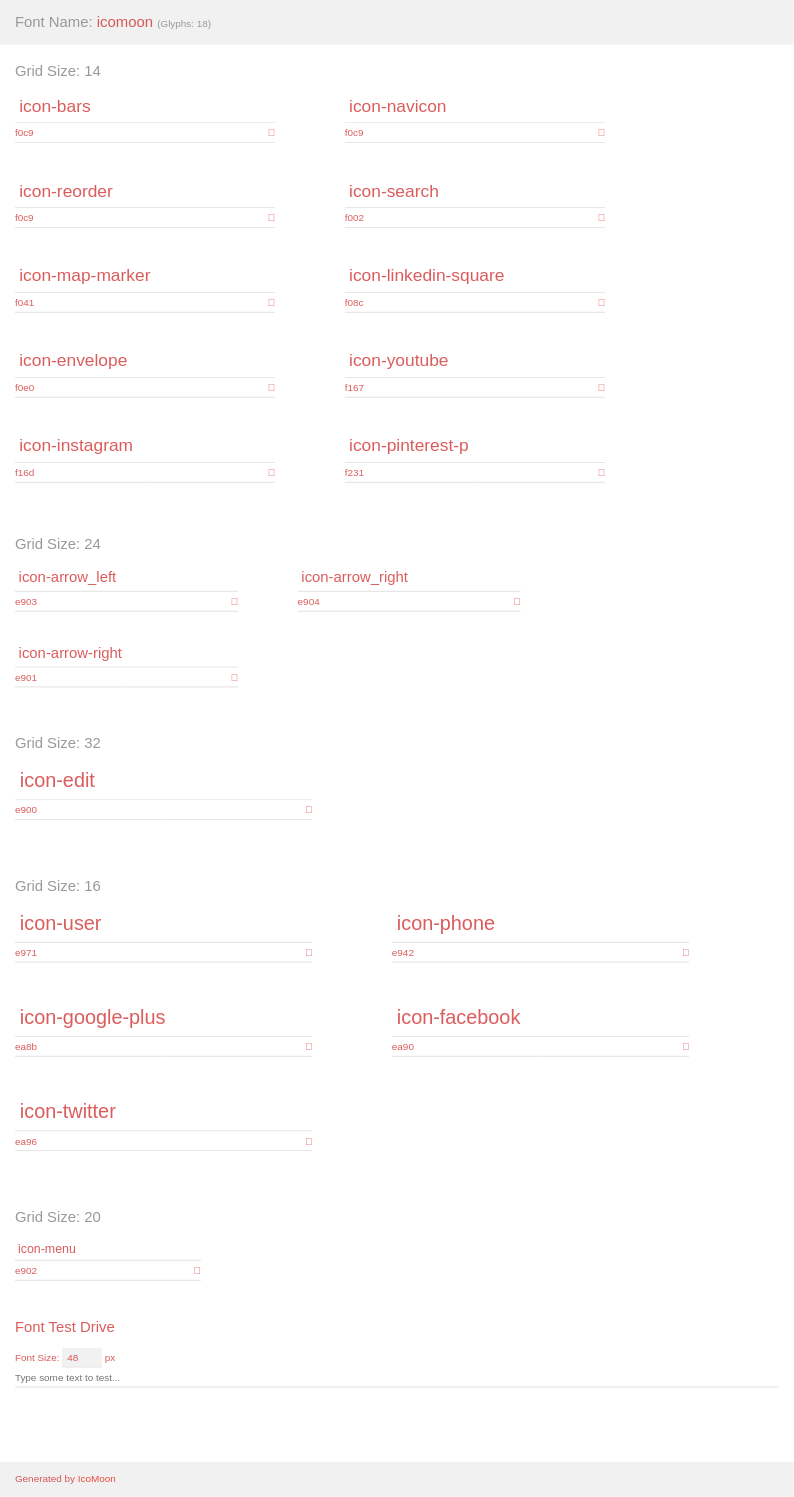
Repository: Hermesmercury88/Plotfolio
Page: fonts/icomoon/demo.html
An editor plug-in stored every save of this project. The page is shown before and after the next save, followed by the edit.
The browser window is 1280 px wide. The pictures show the whole page, at 62% of full size.
Some icons come from a web library that is not loaded, so they are not drawn.

Above is the page before, as saved 2025-01-19 20:40:42.

### fonts/icomoon/demo.html
<!doctype html>
<html>
<head>
    <meta charset="utf-8">
    <title>IcoMoon Demo</title>
    <meta name="description" content="An Icon Font Generated By IcoMoon.io">
    <meta name="viewport" content="width=device-width, initial-scale=1">
    <link rel="stylesheet" href="demo-files/demo.css">
    <link rel="stylesheet" href="style.css"></head>
<body>
    <div class="bgc1 clearfix">
        <h1 class="mhmm mvm"><span class="fgc1">Font Name:</span> icomoon <small class="fgc1">(Glyphs:&nbsp;18)</small></h1>
    </div>
    <div class="clearfix mhl ptl">
        <h1 class="mvm mtn fgc1">Grid Size: 14</h1>
        <div class="glyph fs1">
            <div class="clearfix bshadow0 pbs">
                <span class="icon-bars"></span>
                <span class="mls"> icon-bars</span>
            </div>
            <fieldset class="fs0 size1of1 clearfix hidden-false">
                <input type="text" readonly value="f0c9" class="unit size1of2" />
                <input type="text" maxlength="1" readonly value="&#xf0c9;" class="unitRight size1of2 talign-right" />
            </fieldset>
            <div class="fs0 bshadow0 clearfix hidden-true">
                <span class="unit pvs fgc1">liga: </span>
                <input type="text" readonly value="" class="liga unitRight" />
            </div>
        </div>
        <div class="glyph fs1">
            <div class="clearfix bshadow0 pbs">
                <span class="icon-navicon"></span>
                <span class="mls"> icon-navicon</span>
            </div>
            <fieldset class="fs0 size1of1 clearfix hidden-false">
                <input type="text" readonly value="f0c9" class="unit size1of2" />
                <input type="text" maxlength="1" readonly value="&#xf0c9;" class="unitRight size1of2 talign-right" />
            </fieldset>
            <div class="fs0 bshadow0 clearfix hidden-true">
                <span class="unit pvs fgc1">liga: </span>
                <input type="text" readonly value="" class="liga unitRight" />
            </div>
        </div>
        <div class="glyph fs1">
            <div class="clearfix bshadow0 pbs">
                <span class="icon-reorder"></span>
                <span class="mls"> icon-reorder</span>
            </div>
            <fieldset class="fs0 size1of1 clearfix hidden-false">
                <input type="text" readonly value="f0c9" class="unit size1of2" />
                <input type="text" maxlength="1" readonly value="&#xf0c9;" class="unitRight size1of2 talign-right" />
            </fieldset>
            <div class="fs0 bshadow0 clearfix hidden-true">
                <span class="unit pvs fgc1">liga: </span>
                <input type="text" readonly value="" class="liga unitRight" />
            </div>
        </div>
        <div class="glyph fs1">
            <div class="clearfix bshadow0 pbs">
                <span class="icon-search"></span>
                <span class="mls"> icon-search</span>
            </div>
            <fieldset class="fs0 size1of1 clearfix hidden-false">
                <input type="text" readonly value="f002" class="unit size1of2" />
                <input type="text" maxlength="1" readonly value="&#xf002;" class="unitRight size1of2 talign-right" />
            </fieldset>
            <div class="fs0 bshadow0 clearfix hidden-true">
                <span class="unit pvs fgc1">liga: </span>
                <input type="text" readonly value="" class="liga unitRight" />
            </div>
        </div>
        <div class="glyph fs1">
            <div class="clearfix bshadow0 pbs">
                <span class="icon-map-marker"></span>
                <span class="mls"> icon-map-marker</span>
            </div>
            <fieldset class="fs0 size1of1 clearfix hidden-false">
                <input type="text" readonly value="f041" class="unit size1of2" />
                <input type="text" maxlength="1" readonly value="&#xf041;" class="unitRight size1of2 talign-right" />
            </fieldset>
            <div class="fs0 bshadow0 clearfix hidden-true">
                <span class="unit pvs fgc1">liga: </span>
                <input type="text" readonly value="" class="liga unitRight" />
            </div>
        </div>
        <div class="glyph fs1">
            <div class="clearfix bshadow0 pbs">
                <span class="icon-linkedin-square"></span>
                <span class="mls"> icon-linkedin-square</span>
            </div>
            <fieldset class="fs0 size1of1 clearfix hidden-false">
                <input type="text" readonly value="f08c" class="unit size1of2" />
                <input type="text" maxlength="1" readonly value="&#xf08c;" class="unitRight size1of2 talign-right" />
            </fieldset>
            <div class="fs0 bshadow0 clearfix hidden-true">
                <span class="unit pvs fgc1">liga: </span>
                <input type="text" readonly value="" class="liga unitRight" />
            </div>
        </div>
        <div class="glyph fs1">
            <div class="clearfix bshadow0 pbs">
                <span class="icon-envelope"></span>
                <span class="mls"> icon-envelope</span>
            </div>
            <fieldset class="fs0 size1of1 clearfix hidden-false">
                <input type="text" readonly value="f0e0" class="unit size1of2" />
                <input type="text" maxlength="1" readonly value="&#xf0e0;" class="unitRight size1of2 talign-right" />
            </fieldset>
            <div class="fs0 bshadow0 clearfix hidden-true">
                <span class="unit pvs fgc1">liga: </span>
                <input type="text" readonly value="" class="liga unitRight" />
            </div>
        </div>
        <div class="glyph fs1">
            <div class="clearfix bshadow0 pbs">
                <span class="icon-youtube"></span>
                <span class="mls"> icon-youtube</span>
            </div>
            <fieldset class="fs0 size1of1 clearfix hidden-false">
                <input type="text" readonly value="f167" class="unit size1of2" />
                <input type="text" maxlength="1" readonly value="&#xf167;" class="unitRight size1of2 talign-right" />
            </fieldset>
            <div class="fs0 bshadow0 clearfix hidden-true">
                <span class="unit pvs fgc1">liga: </span>
                <input type="text" readonly value="" class="liga unitRight" />
            </div>
        </div>
        <div class="glyph fs1">
            <div class="clearfix bshadow0 pbs">
                <span class="icon-instagram"></span>
                <span class="mls"> icon-instagram</span>
            </div>
            <fieldset class="fs0 size1of1 clearfix hidden-false">
                <input type="text" readonly value="f16d" class="unit size1of2" />
                <input type="text" maxlength="1" readonly value="&#xf16d;" class="unitRight size1of2 talign-right" />
            </fieldset>
            <div class="fs0 bshadow0 clearfix hidden-true">
                <span class="unit pvs fgc1">liga: </span>
                <input type="text" readonly value="" class="liga unitRight" />
            </div>
        </div>
        <div class="glyph fs1">
            <div class="clearfix bshadow0 pbs">
                <span class="icon-pinterest-p"></span>
                <span class="mls"> icon-pinterest-p</span>
            </div>
            <fieldset class="fs0 size1of1 clearfix hidden-false">
                <input type="text" readonly value="f231" class="unit size1of2" />
                <input type="text" maxlength="1" readonly value="&#xf231;" class="unitRight size1of2 talign-right" />
            </fieldset>
            <div class="fs0 bshadow0 clearfix hidden-true">
                <span class="unit pvs fgc1">liga: </span>
                <input type="text" readonly value="" class="liga unitRight" />
            </div>
        </div>
    </div>
    <div class="clearfix mhl ptl">
        <h1 class="mvm mtn fgc1">Grid Size: 24</h1>
        <div class="glyph fs2">
            <div class="clearfix bshadow0 pbs">
                <span class="icon-arrow_left"></span>
                <span class="mls"> icon-arrow_left</span>
            </div>
            <fieldset class="fs0 size1of1 clearfix hidden-false">
                <input type="text" readonly value="e903" class="unit size1of2" />
                <input type="text" maxlength="1" readonly value="&#xe903;" class="unitRight size1of2 talign-right" />
            </fieldset>
            <div class="fs0 bshadow0 clearfix hidden-true">
                <span class="unit pvs fgc1">liga: </span>
                <input type="text" readonly value="arrow_left" class="liga unitRight" />
            </div>
        </div>
        <div class="glyph fs2">
            <div class="clearfix bshadow0 pbs">
                <span class="icon-arrow_right"></span>
                <span class="mls"> icon-arrow_right</span>
            </div>
            <fieldset class="fs0 size1of1 clearfix hidden-false">
                <input type="text" readonly value="e904" class="unit size1of2" />
                <input type="text" maxlength="1" readonly value="&#xe904;" class="unitRight size1of2 talign-right" />
            </fieldset>
            <div class="fs0 bshadow0 clearfix hidden-true">
                <span class="unit pvs fgc1">liga: </span>
                <input type="text" readonly value="arrow_right" class="liga unitRight" />
            </div>
        </div>
        <div class="glyph fs2">
            <div class="clearfix bshadow0 pbs">
                <span class="icon-arrow-right"></span>
                <span class="mls"> icon-arrow-right</span>
            </div>
            <fieldset class="fs0 size1of1 clearfix hidden-false">
                <input type="text" readonly value="e901" class="unit size1of2" />
                <input type="text" maxlength="1" readonly value="&#xe901;" class="unitRight size1of2 talign-right" />
            </fieldset>
            <div class="fs0 bshadow0 clearfix hidden-true">
                <span class="unit pvs fgc1">liga: </span>
                <input type="text" readonly value="" class="liga unitRight" />
            </div>
        </div>
    </div>
    <div class="clearfix mhl ptl">
        <h1 class="mvm mtn fgc1">Grid Size: 32</h1>
        <div class="glyph fs3">
            <div class="clearfix bshadow0 pbs">
                <span class="icon-edit"></span>
                <span class="mls"> icon-edit</span>
            </div>
            <fieldset class="fs0 size1of1 clearfix hidden-false">
                <input type="text" readonly value="e900" class="unit size1of2" />
                <input type="text" maxlength="1" readonly value="&#xe900;" class="unitRight size1of2 talign-right" />
            </fieldset>
            <div class="fs0 bshadow0 clearfix hidden-true">
                <span class="unit pvs fgc1">liga: </span>
                <input type="text" readonly value="" class="liga unitRight" />
            </div>
        </div>
    </div>
    <div class="clearfix mhl ptl">
        <h1 class="mvm mtn fgc1">Grid Size: 16</h1>
        <div class="glyph fs4">
            <div class="clearfix bshadow0 pbs">
                <span class="icon-user"></span>
                <span class="mls"> icon-user</span>
            </div>
            <fieldset class="fs0 size1of1 clearfix hidden-false">
                <input type="text" readonly value="e971" class="unit size1of2" />
                <input type="text" maxlength="1" readonly value="&#xe971;" class="unitRight size1of2 talign-right" />
            </fieldset>
            <div class="fs0 bshadow0 clearfix hidden-true">
                <span class="unit pvs fgc1">liga: </span>
                <input type="text" readonly value="user, profile2" class="liga unitRight" />
            </div>
        </div>
        <div class="glyph fs4">
            <div class="clearfix bshadow0 pbs">
                <span class="icon-phone"></span>
                <span class="mls"> icon-phone</span>
            </div>
            <fieldset class="fs0 size1of1 clearfix hidden-false">
                <input type="text" readonly value="e942" class="unit size1of2" />
                <input type="text" maxlength="1" readonly value="&#xe942;" class="unitRight size1of2 talign-right" />
            </fieldset>
            <div class="fs0 bshadow0 clearfix hidden-true">
                <span class="unit pvs fgc1">liga: </span>
                <input type="text" readonly value="phone, telephone" class="liga unitRight" />
            </div>
        </div>
        <div class="glyph fs4">
            <div class="clearfix bshadow0 pbs">
                <span class="icon-google-plus"></span>
                <span class="mls"> icon-google-plus</span>
            </div>
            <fieldset class="fs0 size1of1 clearfix hidden-false">
                <input type="text" readonly value="ea8b" class="unit size1of2" />
                <input type="text" maxlength="1" readonly value="&#xea8b;" class="unitRight size1of2 talign-right" />
            </fieldset>
            <div class="fs0 bshadow0 clearfix hidden-true">
                <span class="unit pvs fgc1">liga: </span>
                <input type="text" readonly value="google-plus, brand5" class="liga unitRight" />
            </div>
        </div>
        <div class="glyph fs4">
            <div class="clearfix bshadow0 pbs">
                <span class="icon-facebook"></span>
                <span class="mls"> icon-facebook</span>
            </div>
            <fieldset class="fs0 size1of1 clearfix hidden-false">
                <input type="text" readonly value="ea90" class="unit size1of2" />
                <input type="text" maxlength="1" readonly value="&#xea90;" class="unitRight size1of2 talign-right" />
            </fieldset>
            <div class="fs0 bshadow0 clearfix hidden-true">
                <span class="unit pvs fgc1">liga: </span>
                <input type="text" readonly value="facebook, brand10" class="liga unitRight" />
            </div>
        </div>
        <div class="glyph fs4">
            <div class="clearfix bshadow0 pbs">
                <span class="icon-twitter"></span>
                <span class="mls"> icon-twitter</span>
            </div>
            <fieldset class="fs0 size1of1 clearfix hidden-false">
                <input type="text" readonly value="ea96" class="unit size1of2" />
                <input type="text" maxlength="1" readonly value="&#xea96;" class="unitRight size1of2 talign-right" />
            </fieldset>
            <div class="fs0 bshadow0 clearfix hidden-true">
                <span class="unit pvs fgc1">liga: </span>
                <input type="text" readonly value="twitter, brand16" class="liga unitRight" />
            </div>
        </div>
    </div>
    <div class="clearfix mhl ptl">
        <h1 class="mvm mtn fgc1">Grid Size: 20</h1>
        <div class="glyph fs5">
            <div class="clearfix bshadow0 pbs">
                <span class="icon-menu"></span>
                <span class="mls"> icon-menu</span>
            </div>
            <fieldset class="fs0 size1of1 clearfix hidden-false">
                <input type="text" readonly value="e902" class="unit size1of2" />
                <input type="text" maxlength="1" readonly value="&#xe902;" class="unitRight size1of2 talign-right" />
            </fieldset>
            <div class="fs0 bshadow0 clearfix hidden-true">
                <span class="unit pvs fgc1">liga: </span>
                <input type="text" readonly value="" class="liga unitRight" />
            </div>
        </div>
    </div>

    <!--[if gt IE 8]><!-->
    <div class="mhl clearfix mbl">
        <h1>Font Test Drive</h1>
        <label>
            Font Size: <input id="fontSize" type="number" class="textbox0 mbm"
            min="8" value="48" />
            px
        </label>
        <input id="testText" type="text" class="phl size1of1 mvl"
        placeholder="Type some text to test..." value=""/>
        <div id="testDrive" class="icon-" style="font-family: icomoon">&nbsp;
        </div>
    </div>
    <!--<![endif]-->
    <div class="bgc1 clearfix">
        <p class="mhl">Generated by <a href="https://icomoon.io/app">IcoMoon</a></p>
    </div>

    <script src="demo-files/demo.js"></script>
</body>
</html>

### fonts/icomoon/demo-files/demo.css
body {
  padding: 0;
  margin: 0;
  font-family: sans-serif;
  font-size: 1em;
  line-height: 1.5;
  color: #ca0c0cab;
  background: #fff;
}
h1 {
  font-size: 1.5em;
  font-weight: normal;
}
small {
  font-size: .66666667em;
}
a {
  color: #e74c3c;
  text-decoration: none;
}
a:hover, a:focus {
  box-shadow: 0 1px #e74c3c;
}
.bshadow0, input {
  box-shadow: inset 0 -2px #e7e7e7;
}
input:hover {
  box-shadow: inset 0 -2px #ccc;
}
input, fieldset {
  font-family: sans-serif;
  font-size: 1em;
  margin: 0;
  padding: 0;
  border: 0;
}
input {
  color: inherit;
  line-height: 1.5;
  height: 1.5em;
  padding: .25em 0;
}
input:focus {
  outline: none;
  box-shadow: inset 0 -2px #449fdb;
}
.glyph {
  font-size: 16px;
  width: 15em;
  padding-bottom: 1em;
  margin-right: 4em;
  margin-bottom: 1em;
  float: left;
  overflow: hidden;
}
.liga {
  width: 80%;
  width: calc(100% - 2.5em);
}
.talign-right {
  text-align: right;
}
.talign-center {
  text-align: center;
}
.bgc1 {
  background: #f1f1f1;
}
.fgc1 {
  color: #999;
}
.fgc0 {
  color: #000;
}
p {
  margin-top: 1em;
  margin-bottom: 1em;
}
.mvm {
  margin-top: .75em;
  margin-bottom: .75em;
}
.mtn {
  margin-top: 0;
}
.mtl, .mal {
  margin-top: 1.5em;
}
.mbl, .mal {
  margin-bottom: 1.5em;
}
.mal, .mhl {
  margin-left: 1.5em;
  margin-right: 1.5em;
}
.mhmm {
  margin-left: 1em;
  margin-right: 1em;
}
.mls {
  margin-left: .25em;
}
.ptl {
  padding-top: 1.5em;
}
.pbs, .pvs {
  padding-bottom: .25em;
}
.pvs, .pts {
  padding-top: .25em;
}
.unit {
  float: left;
}
.unitRight {
  float: right;
}
.size1of2 {
  width: 50%;
}
.size1of1 {
  width: 100%;
}
.clearfix:before, .clearfix:after {
  content: " ";
  display: table;
}
.clearfix:after {
  clear: both;
}
.hidden-true {
  display: none;
}
.textbox0 {
  width: 3em;
  background: #f1f1f1;
  padding: .25em .5em;
  line-height: 1.5;
  height: 1.5em;
}
#testDrive {
  display: block;
  padding-top: 24px;
  line-height: 1.5;
}
.fs0 {
  font-size: 16px;
}
.fs1 {
  font-size: 28px;
}
.fs2 {
  font-size: 24px;
}
.fs3 {
  font-size: 32px;
}
.fs4 {
  font-size: 32px;
}
.fs5 {
  font-size: 20px;
}

Loaded but not shown: fonts/icomoon/demo-files/demo.js (common file)

After the next save:
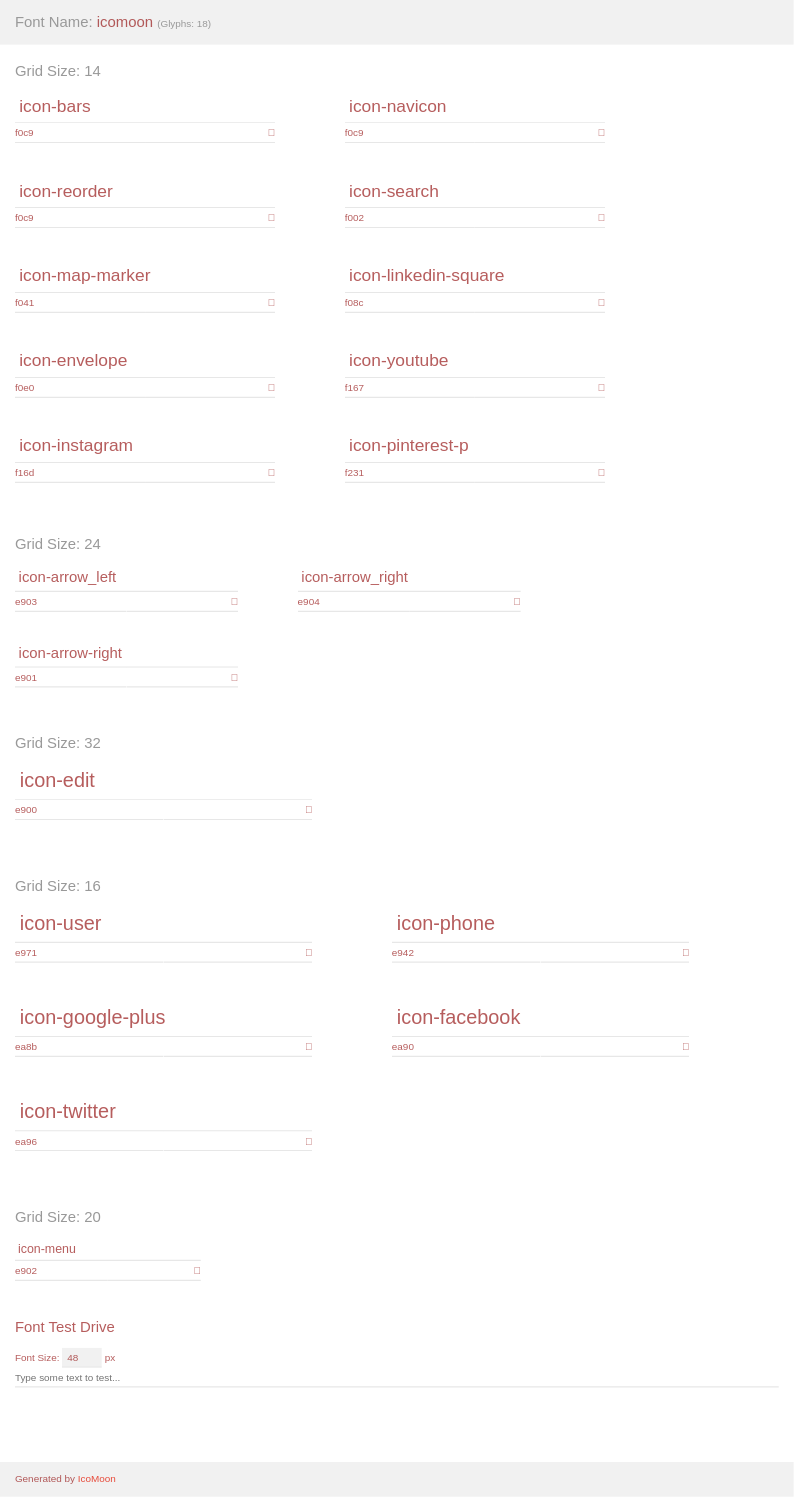
Saved 6 s later.
--- a/fonts/icomoon/demo-files/demo.css
+++ b/fonts/icomoon/demo-files/demo.css
@@ -4,7 +4,7 @@ body {
   font-family: sans-serif;
   font-size: 1em;
   line-height: 1.5;
-  color: #ca0c0cab;
+  color: #920d0dab;
   background: #fff;
 }
 h1 {
